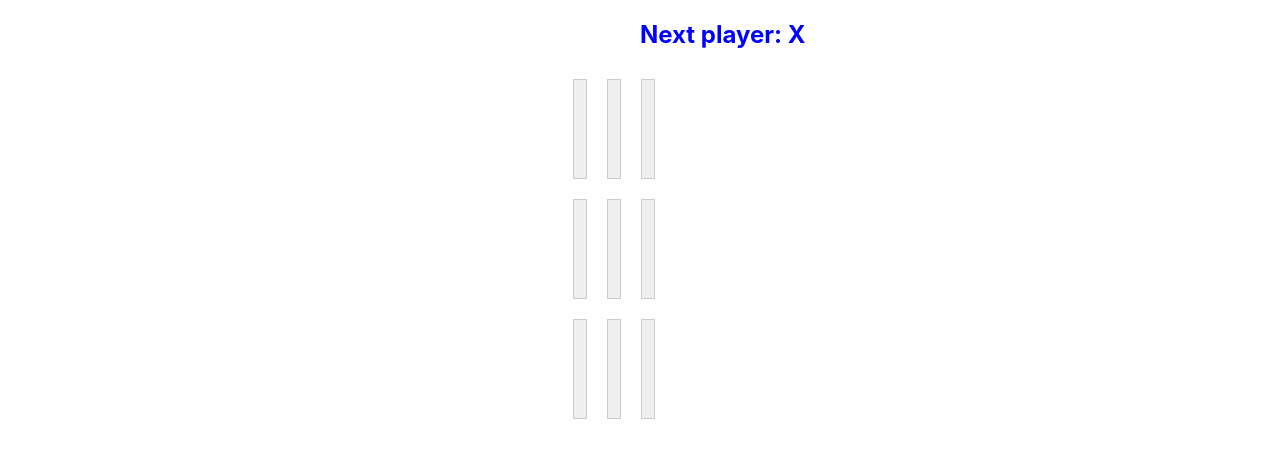
Repository: sedat-akdogan/React_Revision
Page: / (app in tic-tac-toe/)
An editor plug-in stored every save of this project. The page is shown before and after the next save, followed by the edit.
The browser window is 1280 px wide. The pictures show the whole page.
The project was rebuilt for these pictures with package versions that can differ from the ones it lists, and the page was loaded fresh each time.

Above is the page before, as saved 2023-05-13 00:42:43.

### tic-tac-toe/src/index.css
body {
    margin: 0;
    font-family: -apple-system, BlinkMacSystemFont, 'Segoe UI', 'Roboto', 'Oxygen',
        'Ubuntu', 'Cantarell', 'Fira Sans', 'Droid Sans', 'Helvetica Neue',
        sans-serif;
    -webkit-font-smoothing: antialiased;
    -moz-osx-font-smoothing: grayscale;
}

code {
    font-family: source-code-pro, Menlo, Monaco, Consolas, 'Courier New',
        monospace;
}

.square {
    width: 100px;
    height: 100px;
    font-size: 24px;
    border: 1px solid #ccc;
    display: inline-block;
    justify-content: center;
    align-items: center;
}

.board-row {
    margin-left: 44%;
    margin-right: 50%;
    display: flex;
}

.board-row .square {
    margin: 10px;
}

.board-row:last-child .square {
    margin-bottom: 0;
}

.status {
    color: blue;
    font-size: 24px;
    margin-top: 20px;
    margin-bottom: 20px;
    margin-left: 50%;
    font-weight: bold;
}

### tic-tac-toe/src/App.js
import { useState } from 'react';


function Square({ value, onSquareClick }) {
    return (
        <button className="square" onClick={onSquareClick}>
            {value}
        </button>
    );
}

export default function Board() {
    const [xIsNext, setXIsNext] = useState(true);
    const [squares, setSquares] = useState(Array(9).fill(null));

    function handleClick(i) {
        if (squares[i] || calculateWinner(squares)) {
            return;
        }
        const nextSquares = squares.slice();
        if (xIsNext) {
            nextSquares[i] = 'X';
        } else {
            nextSquares[i] = 'O';
        }
        setSquares(nextSquares);
        setXIsNext(!xIsNext);
    }

    const winner = calculateWinner(squares);
    let status;
    if (winner) {
        status = "Winner: " + winner;
    } else {
        status = "Next player: " + (xIsNext ? "X" : "O");
    }

    return (
        <>
            <div className="status">{status}</div>
            <div className="board-row">
                <Square value={squares[0]} onSquareClick={() => handleClick(0)} />
                <Square value={squares[1]} onSquareClick={() => handleClick(1)} />
                <Square value={squares[2]} onSquareClick={() => handleClick(2)} />
            </div>
            <div className="board-row">
                <Square value={squares[3]} onSquareClick={() => handleClick(3)} />
                <Square value={squares[4]} onSquareClick={() => handleClick(4)} />
                <Square value={squares[5]} onSquareClick={() => handleClick(5)} />
            </div>
            <div className="board-row">
                <Square value={squares[6]} onSquareClick={() => handleClick(6)} />
                <Square value={squares[7]} onSquareClick={() => handleClick(7)} />
                <Square value={squares[8]} onSquareClick={() => handleClick(8)} />
            </div>
        </>
    );
}

function calculateWinner(squares) {
    const lines = [
        [0, 1, 2],
        [3, 4, 5],
        [6, 7, 8],
        [0, 3, 6],
        [1, 4, 7],
        [2, 5, 8],
        [0, 4, 8],
        [2, 4, 6]
    ];
    for (let i = 0; i < lines.length; i++) {
        const [a, b, c] = lines[i];
        if (squares[a] && squares[a] === squares[b] && squares[a] === squares[c]) {
            return squares[a];
        }
    }
    return null;
}

Loaded but not shown: tic-tac-toe/public/index.html (common file); tic-tac-toe/src/index.js (common file); tic-tac-toe/src/reportWebVitals.js (common file)

After the next save:
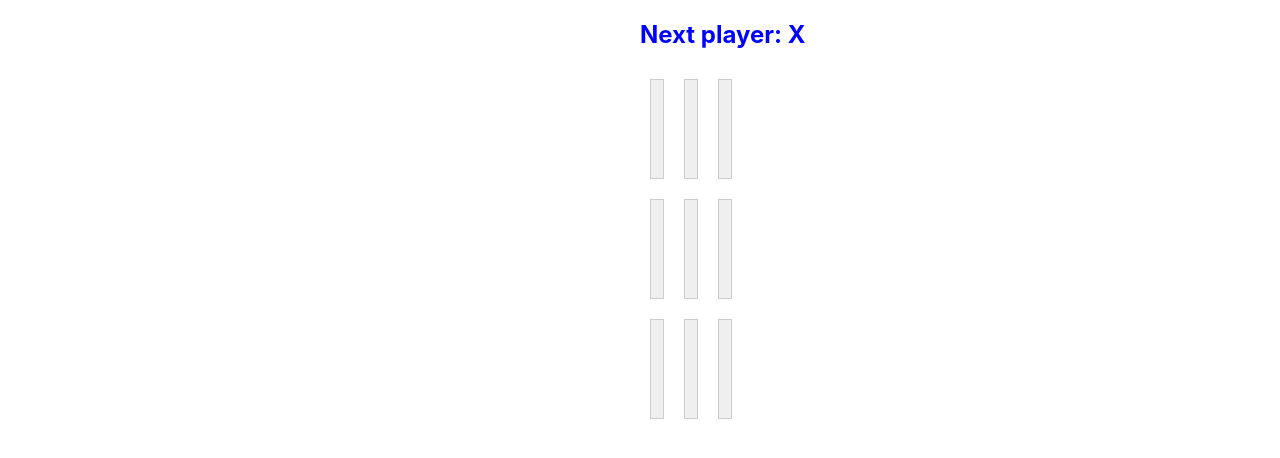
Saved 27 s later.
--- a/tic-tac-toe/src/index.css
+++ b/tic-tac-toe/src/index.css
@@ -23,7 +23,7 @@ code {
 }
 
 .board-row {
-    margin-left: 44%;
+    margin-left: 50%;
     margin-right: 50%;
     display: flex;
 }
